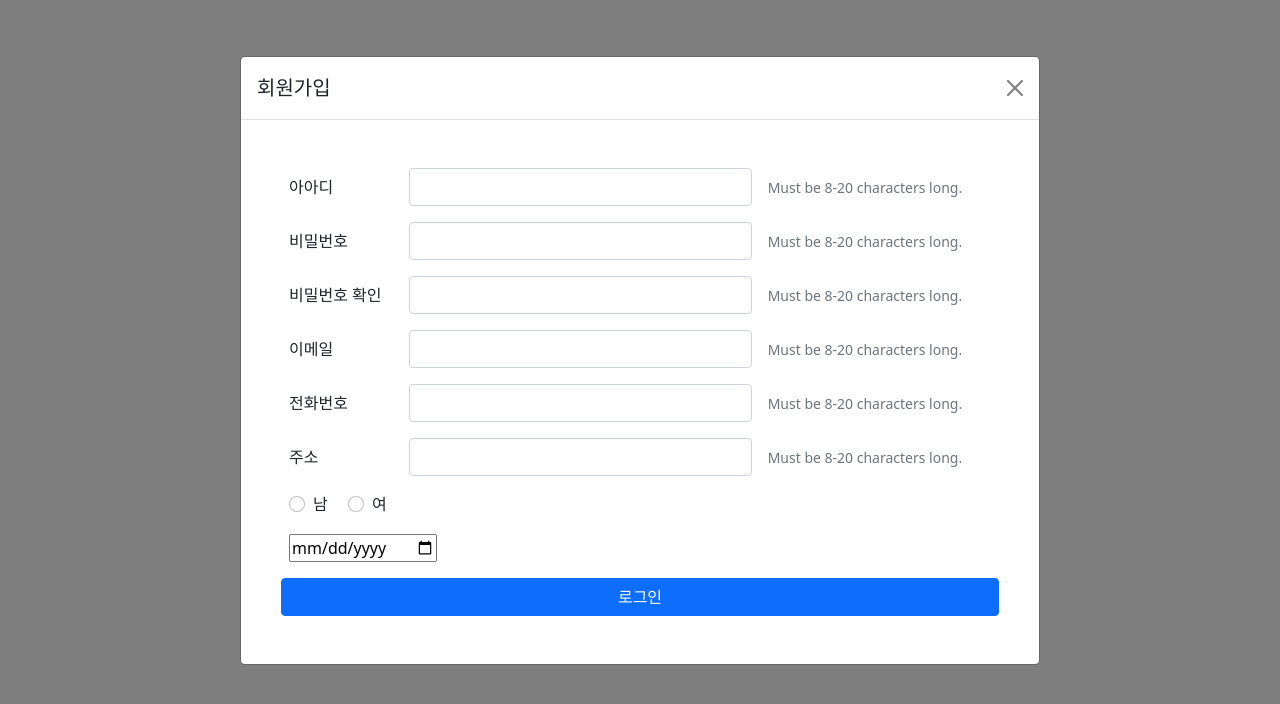
Repository: hyunha95/selfStudy
Page: http://localhost/spring-board/WEB-INF/views/member/enroll.jsp
The author's editor kept a copy of each file at every save. The page is drawn from the files as they stood at one save, then again after the next save.
The browser window is 1280 px wide. The pictures show the whole page.
The page is served by Tomcat 9. Nobody is signed in. Other server files are loaded and not shown. The template is opened directly, without the code that normally fills it, so the values that code supplies are empty.

Above is the page before, as saved 2022-01-15 08:43:29.

### spring_workspace/spring-board/src/main/webapp/WEB-INF/views/member/enroll.jsp
<%@ page language="java" contentType="text/html; charset=UTF-8"
    pageEncoding="UTF-8"%>
<%@ taglib prefix="c" uri="http://java.sun.com/jsp/jstl/core"%>
<%@ taglib prefix="fmt" uri="http://java.sun.com/jsp/jstl/fmt"%>
<%@ taglib prefix="fn" uri="http://java.sun.com/jsp/jstl/functions"%>
<%@ taglib prefix="sec" uri="http://www.springframework.org/security/tags" %>
<%-- spring-webmvc의존 : security의 csrf토큰 생성 --%>
<%@ taglib prefix="form" uri="http://www.springframework.org/tags/form" %>
<!DOCTYPE html>
<html>
<head>
<!-- Required meta tags -->
<meta charset="utf-8">
<meta name="viewport" content="width=device-width, initial-scale=1">
<title>Insert title here</title>
<script src="https://code.jquery.com/jquery-3.6.0.js" integrity="sha256-H+K7U5CnXl1h5ywQfKtSj8PCmoN9aaq30gDh27Xc0jk=" crossorigin="anonymous"></script>
<link href="https://cdn.jsdelivr.net/npm/bootstrap@5.1.3/dist/css/bootstrap.min.css" rel="stylesheet" integrity="sha384-1BmE4kWBq78iYhFldvKuhfTAU6auU8tT94WrHftjDbrCEXSU1oBoqyl2QvZ6jIW3" crossorigin="anonymous">
<script>
$(() => {
	$(enrollModal)
		.modal('show')
		.on("hide.bs.modal", (e) => {
			location.href = '${pageContext.request.contextPath}';
		});
});
</script>

</head>
<body>
	<!-- Modal 시작 -->
	<div class="modal fade" id="enrollModal" data-bs-backdrop="static" data-bs-keyboard="false" tabindex="-1" aria-labelledby="staticBackdropLabel" aria-hidden="true">
	  <div class="modal-dialog modal-dialog-centered modal-lg">
	    <div class="modal-content">
	      <div class="modal-header">
	        <h5 class="modal-title" id="staticBackdropLabel">회원가입</h5>
	        <button type="button" class="btn-close" data-bs-dismiss="modal" aria-label="Close"></button>
	      </div>
	      <form:form
	      	id="enrollFrm"
	      	action="${pageContext.request.contextPath}/member/enroll.do"
	      	method="post"
	      	class="m-5">
	      	<div class="row g-3 align-items-center">
		        <!-- 아이디 -->
		          <div class="col-2">
				    <label for="id" class="col-form-label">아아디</label>
				  </div>
				  <div class="col-6">
				    <input type="text" id="id" class="form-control">
				  </div>
				  <div class="col-4">
				    <span id="idHelpInline" class="form-text">
				      Must be 8-20 characters long.
				    </span>
				  </div>
			    <!-- 비밀번호 -->
				<div class="col-2">
				    <label for="password" class="col-form-label">비밀번호</label>
				  </div>
				  <div class="col-6">
				    <input type="password" id="password" class="form-control">
				  </div>
				  <div class="col-4">
				    <span id="passwordHelpInline" class="form-text">
				      Must be 8-20 characters long.
				    </span>
				  </div>
				 <!-- 비밀번호 확인 -->
				 <div class="col-2">
				    <label for="passwordCheck" class="col-form-label">비밀번호 확인</label>
				  </div>
				  <div class="col-6">
				    <input type="password" id="passwordCheck" class="form-control">
				  </div>
				  <div class="col-4">
				    <span id="passwordCheckHelpInline" class="form-text">
				      Must be 8-20 characters long.
				    </span>
				  </div>
				  <!-- 이메일 -->
				   <div class="col-2">
				    <label for="email" class="col-form-label">이메일</label>
				  </div>
				  <div class="col-6">
				    <input type="email" id="email" class="form-control">
				  </div>
				  <div class="col-4">
				    <span id="emailHelpInline" class="form-text">
				      Must be 8-20 characters long.
				    </span>
				  </div>
				  <!-- 번호 -->
				  <div class="col-2">
				    <label for="phone" class="col-form-label">전화번호</label>
				  </div>
				  <div class="col-6">
				    <input type="text" id="phone" class="form-control">
				  </div>
				  <div class="col-4">
				    <span id="phoneHelpInline" class="form-text">
				      Must be 8-20 characters long.
				    </span>
				  </div>
				  <!-- 주소 -->
				  <div class="col-2">
				    <label for="address" class="col-form-label">주소</label>
				  </div>
				  <div class="col-6">
				    <input type="text" id="address" class="form-control">
				  </div>
				  <div class="col-4">
				    <span id="addressHelpInline" class="form-text">
				      Must be 8-20 characters long.
				    </span>
				  </div>
				  <!-- 성별 -->
				  <span>
					  <div class="form-check form-check-inline">
						  <input class="form-check-input" type="radio" name="gender" id="inlineRadio1" value="option1">
						  <label class="form-check-label" for="inlineRadio1">남</label>
						</div>
						<div class="form-check form-check-inline">
						  <input class="form-check-input" type="radio" name="gender" id="inlineRadio2" value="option2">
						  <label class="form-check-label" for="inlineRadio2">여</label>
					  </div>
				  </span>
				  <!-- 생일 -->
				  <span>
			      <input type="date" name="birthday" id="birthday" />
				  </span>
				<!-- submit 버튼 -->
			    <button type="submit" class="btn btn-primary mt-3">로그인</button>
	      	</div>
	      </form:form>
	    </div>
	  </div>
	</div>
	<!-- Modal 끝 -->
	<script src="https://cdn.jsdelivr.net/npm/bootstrap@5.1.3/dist/js/bootstrap.bundle.min.js" integrity="sha384-ka7Sk0Gln4gmtz2MlQnikT1wXgYsOg+OMhuP+IlRH9sENBO0LRn5q+8nbTov4+1p" crossorigin="anonymous"></script>
</body>
</html>

After the next save:
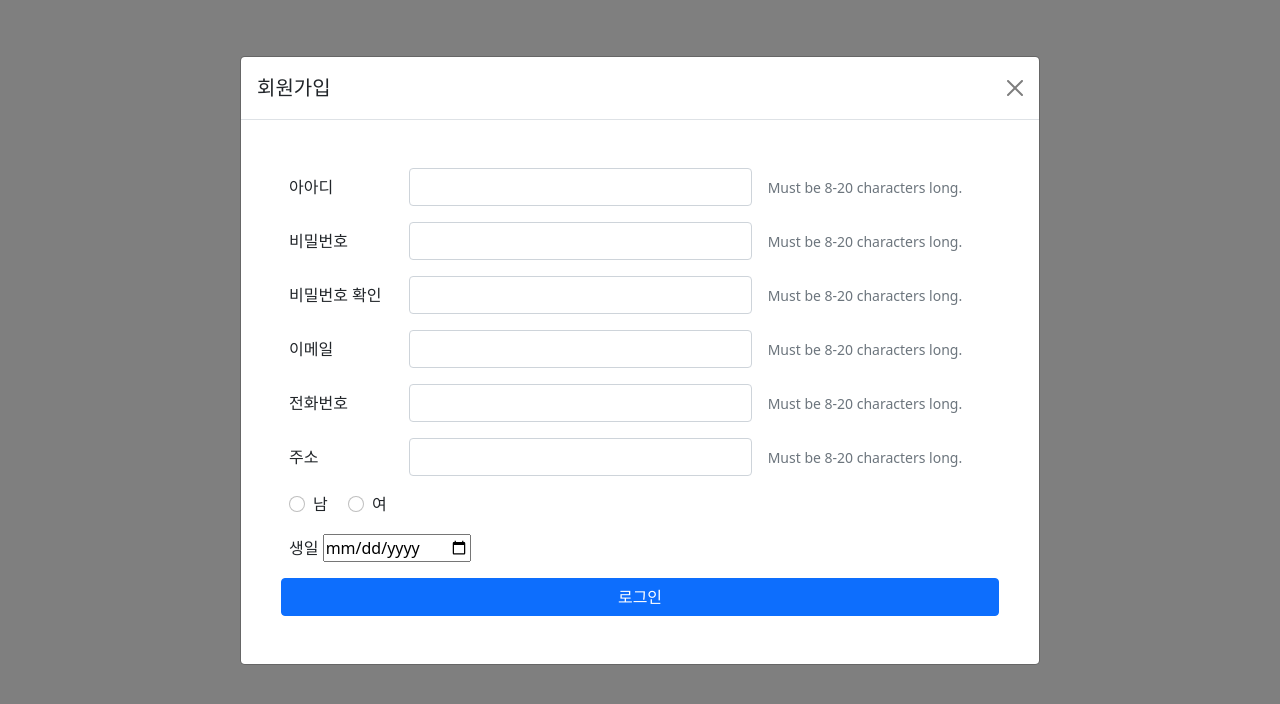
Saved 15 s later.
--- a/spring_workspace/spring-board/src/main/webapp/WEB-INF/views/member/enroll.jsp
+++ b/spring_workspace/spring-board/src/main/webapp/WEB-INF/views/member/enroll.jsp
@@ -126,6 +126,7 @@ $(() => {
 				  </span>
 				  <!-- 생일 -->
 				  <span>
+				  <label for="birthda">생일</label>
 			      <input type="date" name="birthday" id="birthday" />
 				  </span>
 				<!-- submit 버튼 -->
